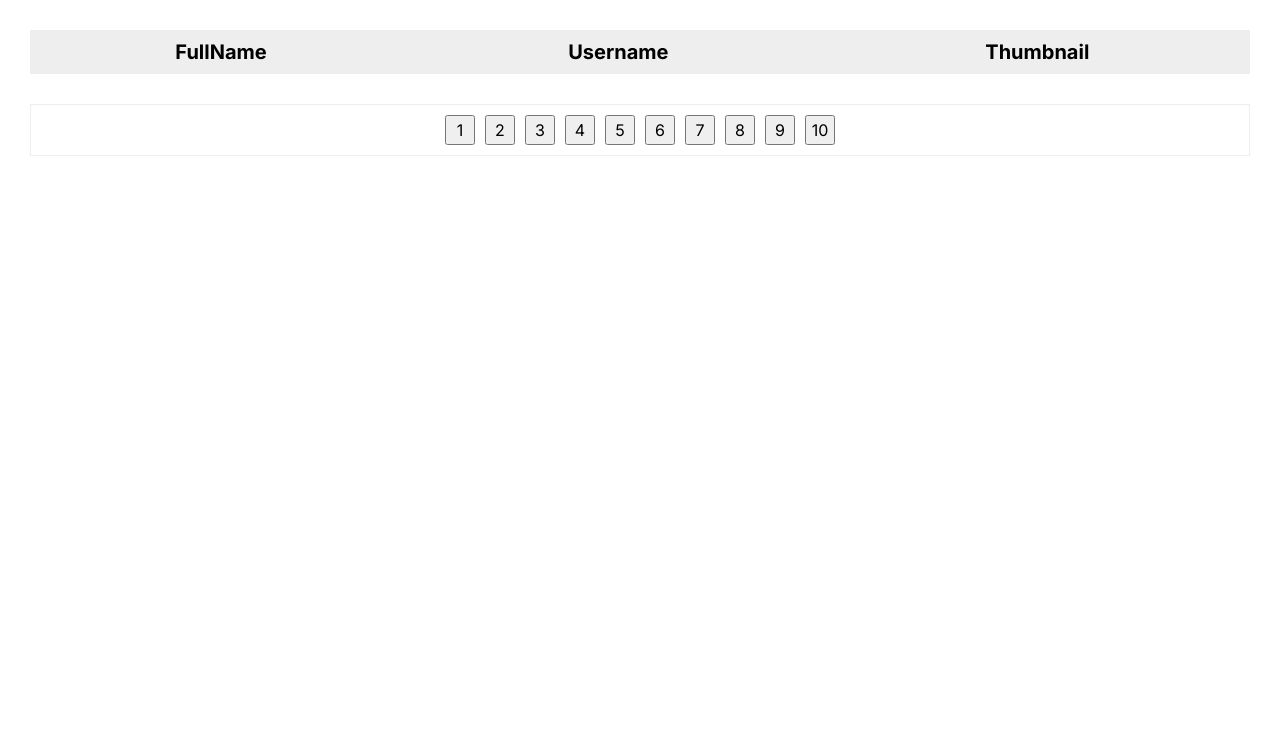
Repository: hoang0508/Test-FrontendReactJs-Twendee
Page: /
These files come from the project's save history. The page is drawn as it stood at one moment and after the next save; the edit follows.
The browser window is 1280 px wide. The pictures show the whole page.
The page's requests for data from a server got no answer. The project was rebuilt for these pictures with package versions that can differ from the ones it lists, and the page was loaded fresh each time. No one was signed in, and anything a server would have sent is missing.

Above is the page before, as saved 2023-02-06 21:40:22.

After the next save:
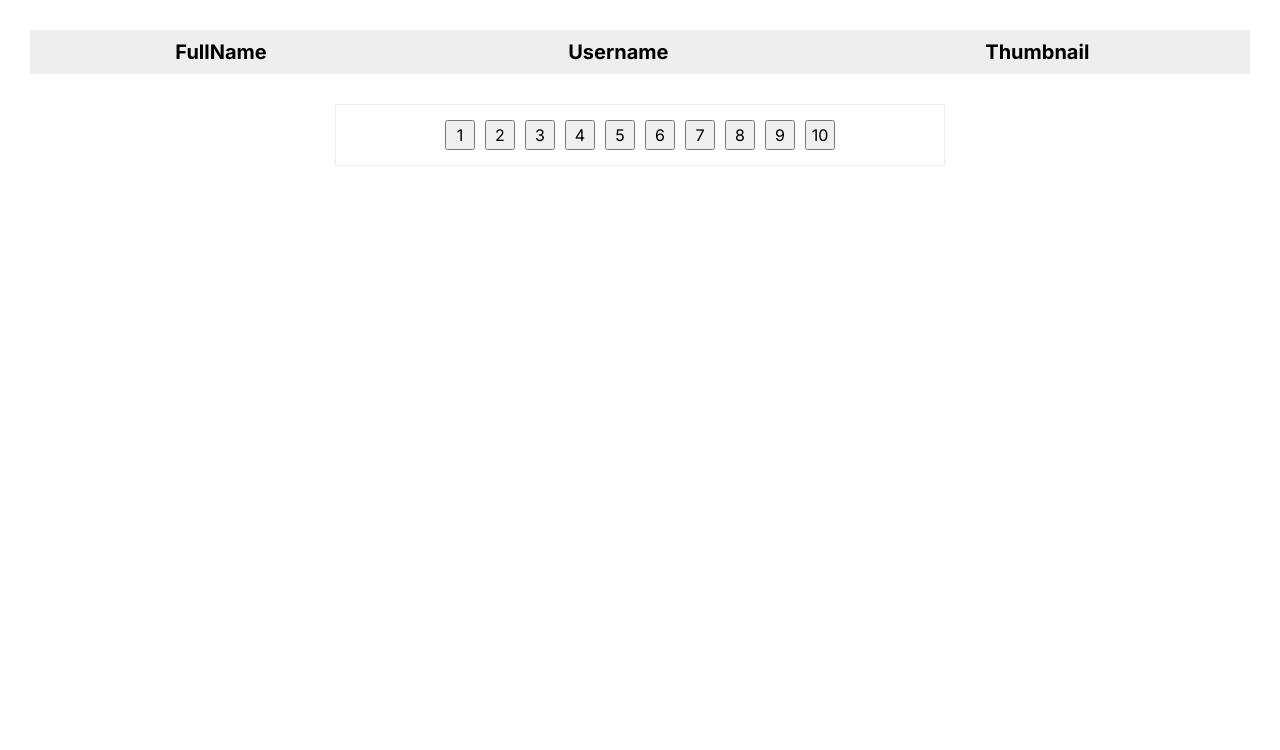
Saved 59 s later.
--- a/src/components/UserTable.scss
+++ b/src/components/UserTable.scss
@@ -47,7 +47,9 @@
   margin-top: 30px;
   list-style: none;
   border: 1px solid #eee;
-  padding: 10px;
+  padding: 15px;
+  width: 50%;
+  margin: 30px auto 0;
   button.page-link {
     width: 30px;
     height: 30px;
